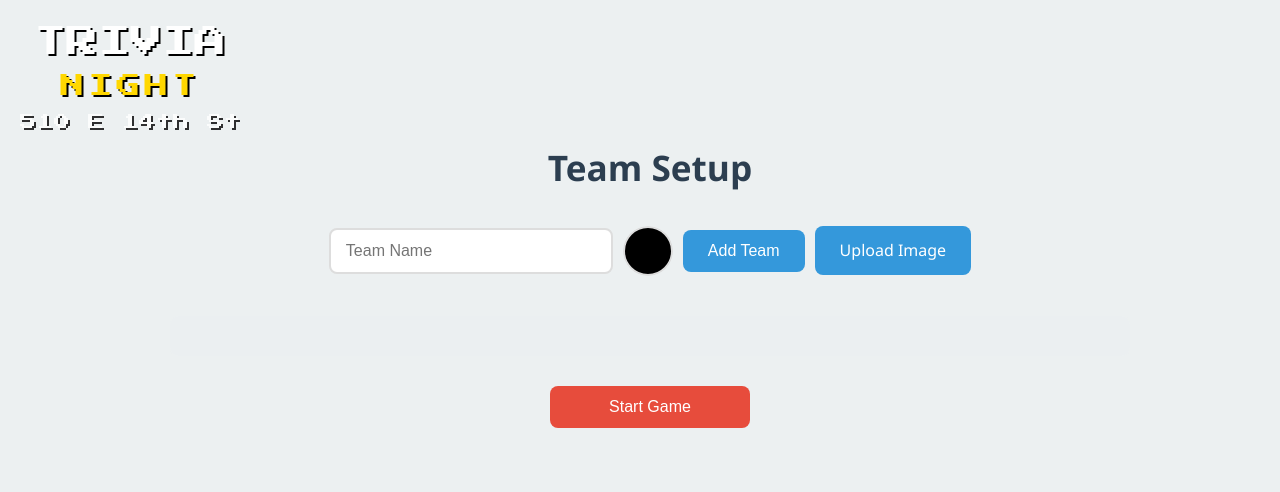
Repository: oscarfco/oscarfco.github.io
Page: projects/trivia_night/index.html
An editor plug-in stored every save of this project. The page is shown before and after the next save, followed by the edit.
The browser window is 1280 px wide. The pictures show the whole page.

Above is the page before, as saved 2025-01-26 01:26:52.

After the next save:
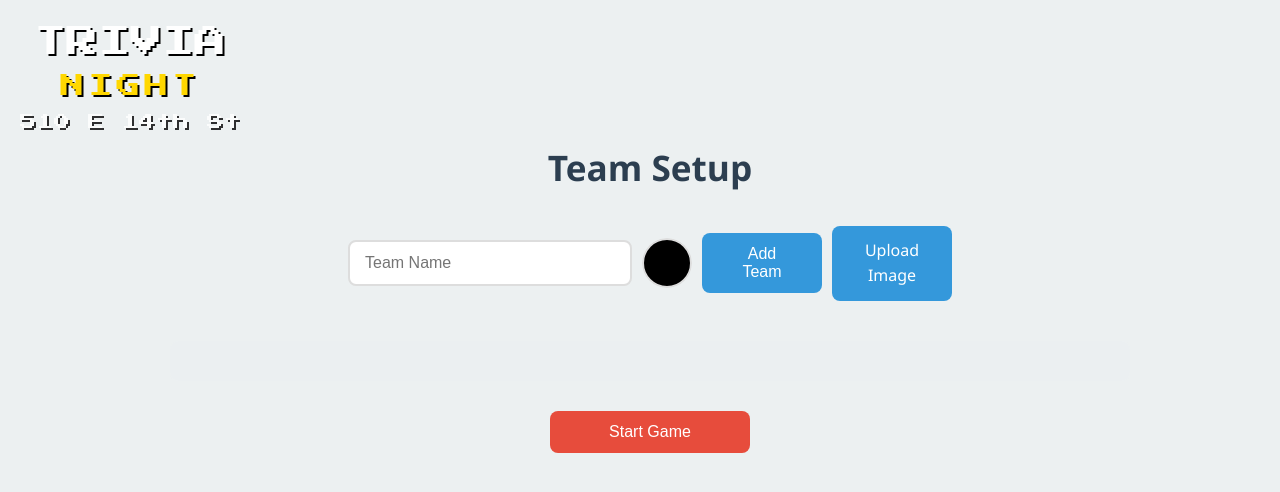
Saved 32 s later.
--- a/projects/trivia_night/index.html
+++ b/projects/trivia_night/index.html
@@ -175,17 +175,24 @@
             display: none;
         }
 
+        .team-input-container button,
         .image-upload-label {
             background-color: var(--secondary-color);
             color: white;
+            border: none;
             padding: 12px 25px;
             border-radius: var(--border-radius);
             cursor: pointer;
             font-size: 16px;
             font-weight: 500;
             transition: all 0.3s ease;
-        }
-
+            width: 120px;  /* Set fixed width for both buttons */
+            text-align: center;
+            display: inline-block;
+            box-sizing: border-box;
+        }
+
+        .team-input-container button:hover,
         .image-upload-label:hover {
             background-color: #2980b9;
             transform: translateY(-2px);

After the save that followed:
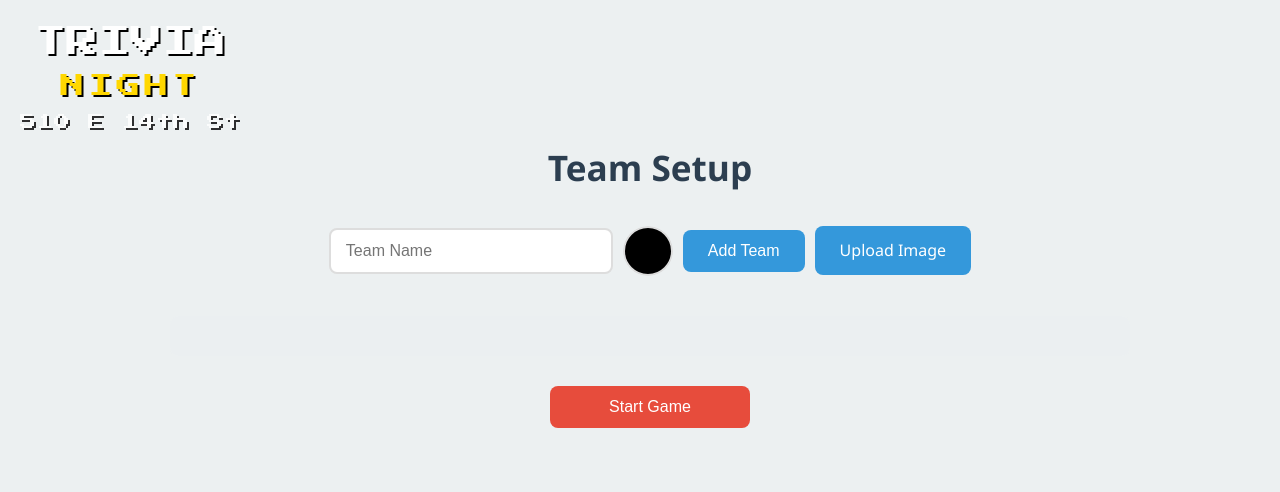
Saved 18 s later.
--- a/projects/trivia_night/index.html
+++ b/projects/trivia_night/index.html
@@ -175,24 +175,17 @@
             display: none;
         }
 
-        .team-input-container button,
         .image-upload-label {
             background-color: var(--secondary-color);
             color: white;
-            border: none;
             padding: 12px 25px;
             border-radius: var(--border-radius);
             cursor: pointer;
             font-size: 16px;
             font-weight: 500;
             transition: all 0.3s ease;
-            width: 120px;  /* Set fixed width for both buttons */
-            text-align: center;
-            display: inline-block;
-            box-sizing: border-box;
-        }
-
-        .team-input-container button:hover,
+        }
+
         .image-upload-label:hover {
             background-color: #2980b9;
             transform: translateY(-2px);
